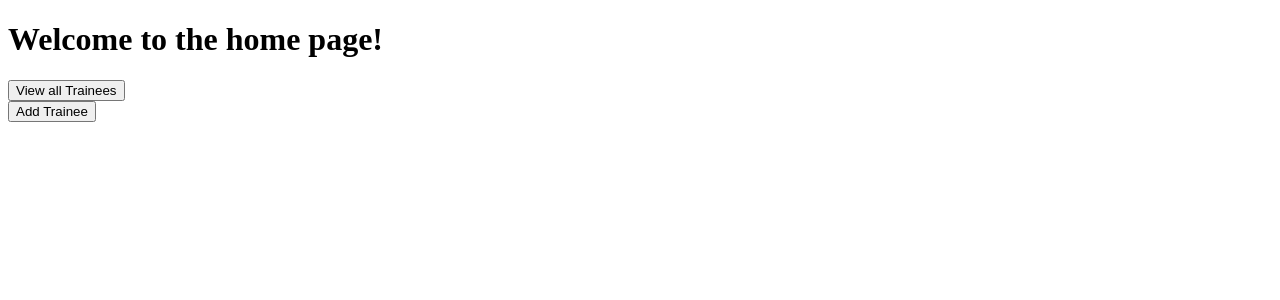
Repository: anshudabar/lab-assessment-3
Page: http://localhost/TraineeManagementApp/TmController
The author's editor kept a copy of each file at every save. The page is drawn from the files as they stood at one save, then again after the next save.
The browser window is 1280 px wide. The pictures show the whole page.
The page is served by Tomcat 9. Other server files are loaded and not shown.

Above is the page before, as saved 2021-03-04 11:27:11.

### TraineeManagementApp/WebContent/WEB-INF/views/HomePage.jsp
<%@ page language="java" contentType="text/html; charset=ISO-8859-1"
	pageEncoding="ISO-8859-1"%>
<!DOCTYPE html>
<html>
<head>
<meta charset="ISO-8859-1">
<title>Trainee Management App</title>
</head>
<body>
	<h1>Welcome ${user.username} to the home page!</h1>
	<div class="btn">
		<a href="TmController.do?action=showAll"><button>View all Trainees</button></a>
	</div>


	<div class="btn">
		<a href="TmController.do?action=addTrainee"><button>Add Trainee</button></a>
	</div>


</body>
</html>

### TraineeManagementApp/src/com/tma/web/controller/TmController.java
package com.tma.web.controller;

import java.io.IOException;

import javax.servlet.RequestDispatcher;
import javax.servlet.ServletException;
import javax.servlet.annotation.WebServlet;
import javax.servlet.http.HttpServlet;
import javax.servlet.http.HttpServletRequest;
import javax.servlet.http.HttpServletResponse;


@WebServlet("/TmController")
public class TmController extends HttpServlet {
	private static final long serialVersionUID = 1L;

	protected void doGet(HttpServletRequest request, HttpServletResponse response) throws ServletException, IOException {
		RequestDispatcher reqd = request.getRequestDispatcher("WEB-INF/views/HomePage.jsp");
		reqd.forward(request, response);
	}

	protected void doPost(HttpServletRequest request, HttpServletResponse response) throws ServletException, IOException {

	}

}

After the next save:
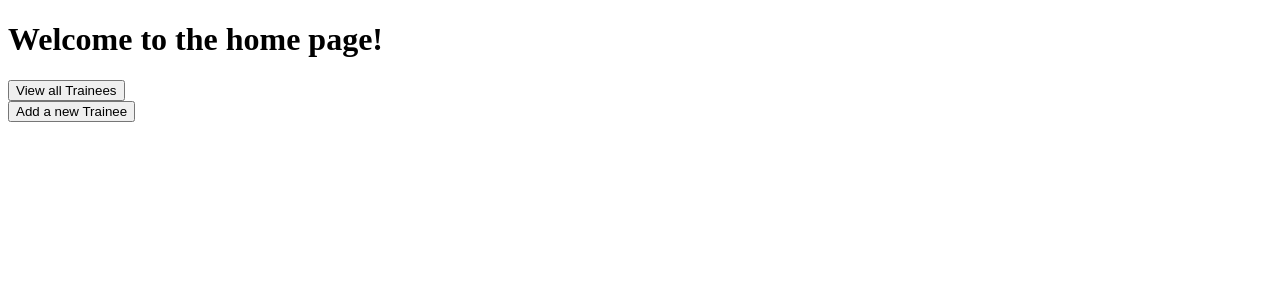
Saved 54 s later.
--- a/TraineeManagementApp/WebContent/WEB-INF/views/HomePage.jsp
+++ b/TraineeManagementApp/WebContent/WEB-INF/views/HomePage.jsp
@@ -14,7 +14,7 @@
 
 
 	<div class="btn">
-		<a href="TmController.do?action=addTrainee"><button>Add Trainee</button></a>
+		<a href="TmController.do?action=addTrainee"><button>Add a new Trainee</button></a>
 	</div>
 
 
